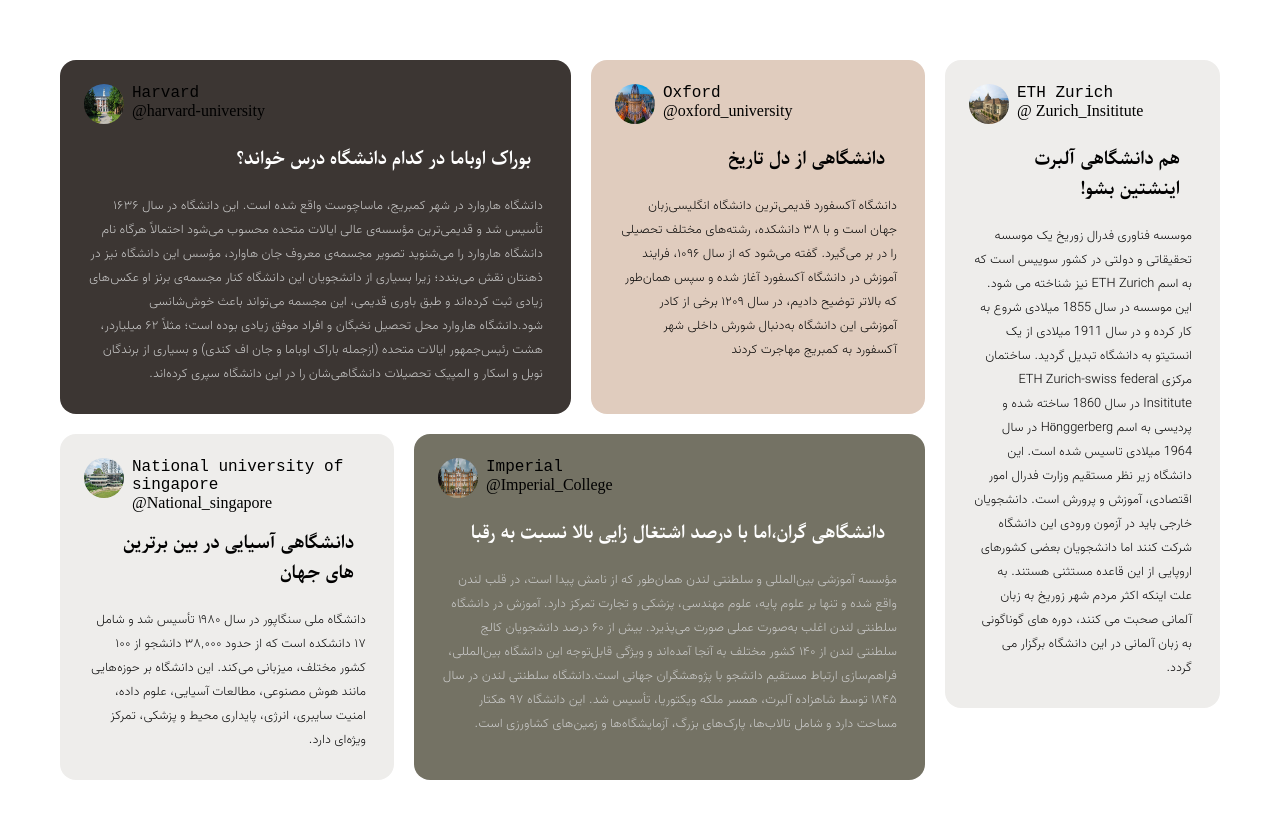
Repository: rahanwz/cards
Page: cards.html
These files come from the project's save history. The page is drawn as it stood at one moment and after a run of saves; the edit follows.
The browser window is 1280 px wide. The pictures show the whole page.

Above is the page before, as saved 2024-02-17 16:54:17.

### cards.html
<!DOCTYPE html>
<html lang="en">
  <head>
    <meta charset="UTF-8" />
    <meta name="viewport" content="width=device-width, initial-scale=1.0" />
    <title>Document</title>
    <link rel="stylesheet" href="cards.css" />
  </head>
  <body>
    <div class="container">
      <div class="boxcard1">
        <div class="cardcontainer big-card">
          <div class="card1">
            <div class="head">
              <div class="profile">
                <div class="profilecontaner">
                  <img
                    src="harvard-university-6591e0b9df73096be8d614ee.webp"
                    alt=""
                  />
                </div>
              </div>

              <div>
                <div class="user">Harvard</div>
                <div class="id">@harvard-university</div>
              </div>
            </div>
            <div class="descrip1" style="color: #ffffff;">بوراک اوباما در کدام دانشگاه درس خواند؟</div>
            <div class="descrip2" style=" color: #d0d0d0;">
              دانشگاه هاروارد در شهر کمبریج، ماساچوست واقع شده است. این دانشگاه
              در سال ۱۶۳۶ تأسیس شد و قدیمی‌ترین مؤسسه‌ی عالی ایالات متحده محسوب
              می‌شود احتمالاً هرگاه نام دانشگاه هاروارد را می‌شنوید تصویر
              مجسمه‌ی معروف جان هاوارد، مؤسس این دانشگاه نیز در ذهنتان نقش
              می‌بندد؛ زیرا بسیاری از دانشجویان این دانشگاه کنار مجسمه‌ی برنز او
              عکس‌های زیادی ثبت کرده‌اند و طبق باوری قدیمی، این مجسمه می‌تواند
              باعث خوش‌شانسی شود.دانشگاه هاروارد محل تحصیل نخبگان و افراد موفق
              زیادی بوده است؛ مثلاً ۶۲ میلیاردر، هشت‌ رئیس‌جمهور ایالات متحده
              (ازجمله باراک اوباما و جان اف کندی) و بسیاری از برندگان نوبل و
              اسکار و المپیک تحصیلات دانشگاهی‌شان را در این دانشگاه سپری
              کرده‌اند.
            </div>
          </div>
        </div>

        <div class="cardcontainer small-card">
          <div class="card2">
            <div class="head">
              <div class="profile">
                <div class="profilecontaner">
                  <img
                    src="oxford-university-jpg-6591b422df73096be8d6145c.webp"
                    alt=""
                  />
                </div>
              </div>
              <div>
                <div class="user">Oxford</div>
                <div class="id">@oxford_university</div>
              </div>
            </div>
            <div class="descrip1">دانشگاهی از دل تاریخ</div>
            <div class="descrip2">
              دانشگاه آکسفورد قدیمی‌ترین دانشگاه انگلیسی‌زبان جهان است و با ۳۸
              دانشکده، رشته‌های مختلف تحصیلی را در بر می‌گیرد. گفته می‌شود که از
              سال ۱۰۹۶، فرایند آموزش در دانشگاه آکسفورد آغاز شده و سپس همان‌طور
              که بالاتر توضیح دادیم، در سال ۱۲۰۹ برخی از کادر آموزشی این دانشگاه
              به‌دنبال شورش داخلی شهر آکسفورد به کمبریج مهاجرت کردند
            </div>
          </div>
        </div>

        <div class="cardcontainer small-card">
          <div class="card3">
            <div class="head">
              <div class="profile">
                <div class="profilecontaner">
                  <img src="nus-6591f1acdf73096be8d61515.webp" alt="" />
                </div>
              </div>

              <div>
                <div class="user">National university of singapore</div>
                <div class="id">@National_singapore</div>
              </div>
            </div>
            <div class="descrip1">دانشگاهی آسیایی در بین برترین های جهان</div>
            <div class="descrip2">
              دانشگاه ملی سنگاپور در سال ۱۹۸۰ تأسیس شد و شامل ۱۷ دانشکده‌ است که
              از حدود ۳۸٬۰۰۰ دانشجو از ۱۰۰ کشور مختلف، میزبانی می‌کند. این
              دانشگاه بر حوزه‌هایی مانند هوش مصنوعی، مطالعات آسیایی، علوم داده،
              امنیت سایبری، انرژی، پایداری محیط و پزشکی، تمرکز ویژه‌ای دارد.
            </div>
          </div>
        </div>
        <div class="cardcontainer big-card">
          <div class="card4">
            <div class="head">
              <div class="profile">
                <div class="profilecontaner">
                  <img
                    src="imperial-college-london-6591e911df73096be8d614fb.webp"
                    alt=""
                  />
                </div>
              </div>

              <div>
                <div class="user">Imperial</div>
                <div class="id">@Imperial_College</div>
              </div>
            </div>
            <div class="descrip1" style="color: #ffffff;">
              دانشگاهی گران،اما با درصد اشتغال زایی بالا نسبت به رقبا
            </div>
            <div class="descrip2" style="color: #cfcfcf;">
              مؤسسه آموزشی بین‌المللی و سلطنتی لندن همان‌طور که از نامش پیدا
              است، در قلب لندن واقع شده و تنها بر علوم پایه، علوم مهندسی، پزشکی
              و تجارت تمرکز دارد. آموزش در دانشگاه سلطنتی لندن اغلب به‌صورت عملی
              صورت می‌پذیرد. بیش از ۶۰ درصد دانشجویان کالج سلطنتی لندن از ۱۴۰
              کشور مختلف به آنجا آمده‌اند و ویژگی قابل‌توجه این دانشگاه
              بین‌المللی، فراهم‌سازی ارتباط مستقیم دانشجو با پژوهشگران جهانی
              است.دانشگاه سلطنتی لندن در سال ۱۸۴۵ توسط شاهزاده آلبرت، همسر ملکه
              ویکتوریا، تأسیس شد. این دانشگاه ۹۷ هکتار مساحت دارد و شامل
              تالاب‌ها، پارک‌های بزرگ، آزمایشگاه‌ها و زمین‌های کشاورزی است.
            </div>
          </div>
        </div>
      </div>
      <div class="boxcard2">
        <div class="cardcontainer">
          <div class="card5">
            <div class="head">
              <div class="profile">
                <div class="profilecontaner">
                  <img src="zurich-eth-6591f083df73096be8d6150c.webp" alt="" />
                </div>
              </div>

              <div>
                <div class="user">ETH Zurich</div>
                <div class="id">@ Zurich_Insititute</div>
              </div>
            </div>
            <div class="descrip1" ">هم دانشگاهی آلبرت اینشتین بشو!</div>
            <div class="descrip2">
              موسسه فناوری فدرال زوریخ یک موسسه تحقیقاتی و دولتی در کشور سوییس
              است که به اسم ETH Zurich نیز شناخته می شود. این موسسه در سال 1855
              میلادی شروع به کار کرده و در سال 1911 میلادی از یک انستیتو به
              دانشگاه تبدیل گردید. ساختمان مرکزی ETH Zurich-swiss federal
              Insititute در سال 1860 ساخته شده و پردیسی به اسم Hönggerberg در
              سال 1964 میلادی تاسیس شده است. این دانشگاه زیر نظر مستقیم وزارت
              فدرال امور اقتصادی، آموزش و پرورش است. دانشجویان خارجی باید در
              آزمون ورودی این دانشگاه شرکت کنند اما دانشجویان بعضی کشورهای
              اروپایی از این قاعده مستثنی هستند. به علت اینکه اکثر مردم شهر
              زوریخ به زبان آلمانی صحبت می کنند، دوره های گوناگونی به زبان
              آلمانی در این دانشگاه برگزار می گردد.
            </div>
          </div>
        </div>
      </div>
    </div>
  </body>
</html>

### cards.css
* {
  padding: 0;
  margin: 0;
  box-sizing: border-box;
}

.container {
  display: flex;
  flex-direction: column;
  width: 100%;
  height: auto;
  padding: 3rem 2.5rem;
}

.head {
  display: flex;
}

.cardcontainer {
  width: 100%;
  padding: 10px;
}

.card1 {
  background-color: #3c3633;
  padding: 1.5rem;
  border-radius: 1rem;
}
.profile img {
  width: 40px;
  height: 40px;
  margin-right: 0.5rem;
  border-radius: 50%;
}

.descrip {
  padding-top: 1.5rem;
}

.card2 {
  background-color: #e0ccbe;
  padding: 1.5rem;
  border-radius: 1rem;
}
.card3 {
  background-color: #eeedeb;
  padding: 1.5rem;
  border-radius: 1rem;
}
.card4 {
  padding: 1.5rem;
  border-radius: 1rem;
  background-color: #747264;
}

.card5 {
  background-color: #eeedeb;
  padding: 1.5rem;
  border-radius: 1rem;
}

@media (min-width: 1024px) {
  .container {
    flex-direction: row;
    padding: 50px;
    height: 100%;
  }

  .boxcard1 {
    display: flex;
    width: 75%;
    height:20%;
    flex-wrap: wrap;

  }

  .boxcard2 {
    width: 25%;
     height: 65%;
  }

  .big-card {
    width:60%;
  }
  .small-card {
    width:40%;
  }
  .card1,.card2,.card3,.card4,.card5{
    height: 100%;
  }

.descrip1,
.descrip2 {
  direction: rtl;
}

.descrip1{
 font-size: 1.1rem;
 padding: 1rem;
 font-family: titr;
}

.descrip2{
  padding: .25rem;
  font-size:.80rem;
  line-height:1.5rem;
  font-family:des;
}
.user{
  font-family: 'Courier New', Courier, monospace;
}


}


@font-face{
  font-family:titr;
  src: url(font/Parastoo-Bold-FD-WOL.woff);
}



@font-face{
  font-family:des;
  src: url(font/Vazir-Thin.woff2);
}

After the next 4 saves:
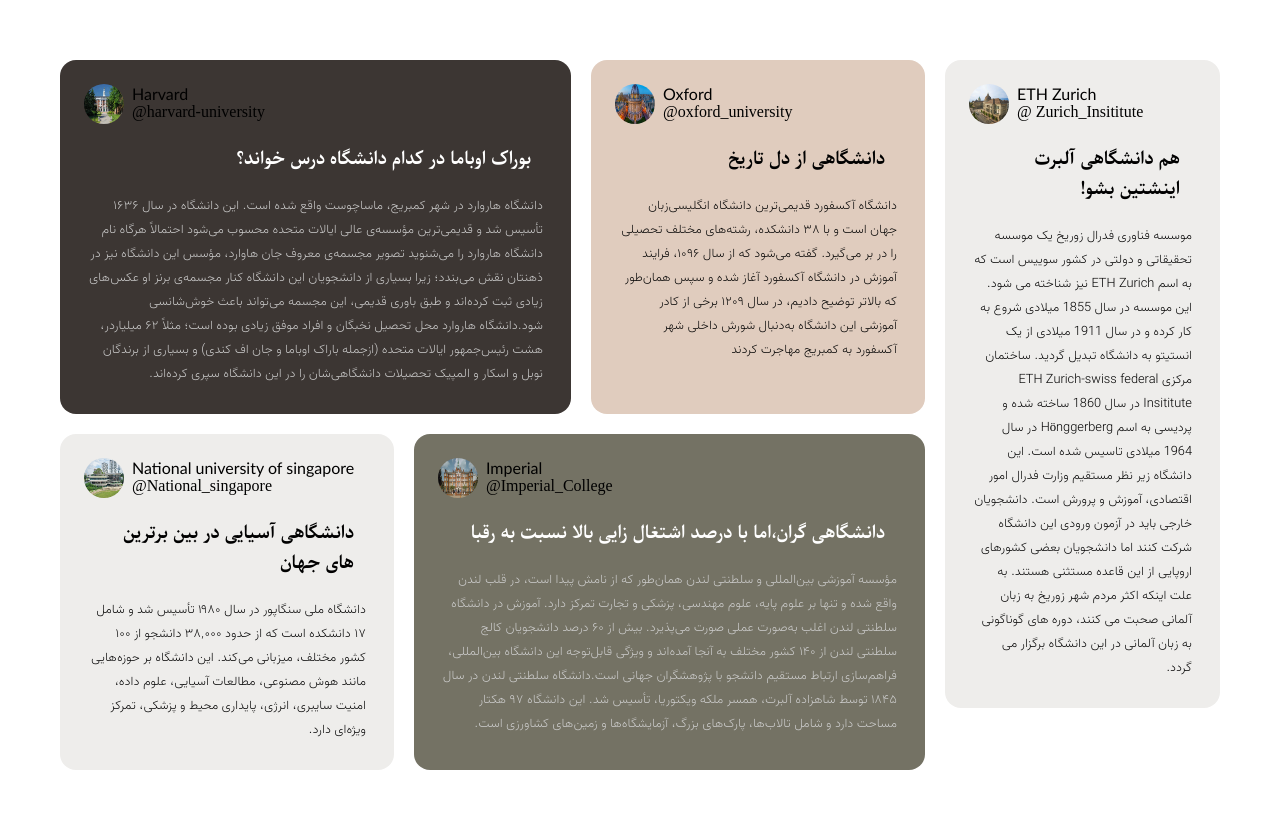
The 4 saves are shown as one change because they came seconds apart.
The last was saved 16 s later.
--- a/cards.css
+++ b/cards.css
@@ -107,7 +107,7 @@
   font-family:des;
 }
 .user{
-  font-family: 'Courier New', Courier, monospace;
+  font-family: 'Gill Sans', 'Gill Sans MT', Calibri, 'Trebuchet MS', sans-serif;
 }
 
 
